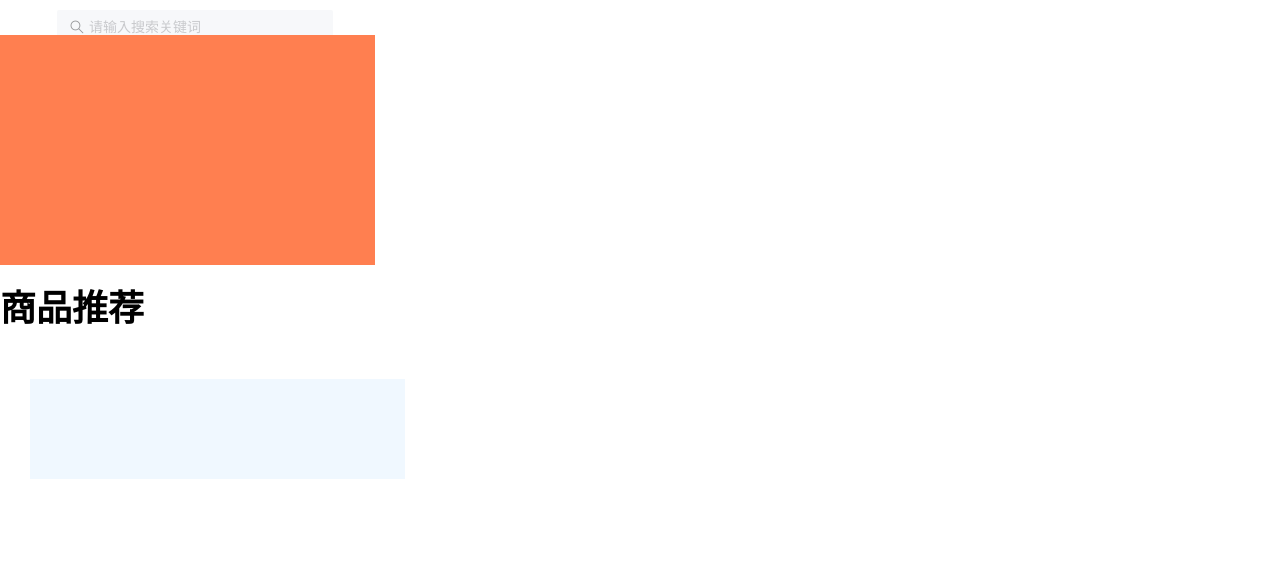
Repository: liyang777777/shangcheng
Page: /
These files come from the project's save history. The page is drawn as it stood at one moment and after the next save; the edit follows.
The browser window is 1280 px wide. The pictures show the whole page.
The page's requests for data from a server got no answer. The project was rebuilt for these pictures with package versions that can differ from the ones it lists, and the page was loaded fresh each time. No one was signed in, and anything a server would have sent is missing. Also part of the build but not shown: vue.config.js. Imported but missing from the stored project, and not drawn on this page: src/views/About.

Above is the page before, as saved 2020-06-23 14:45:09.

After the next save:
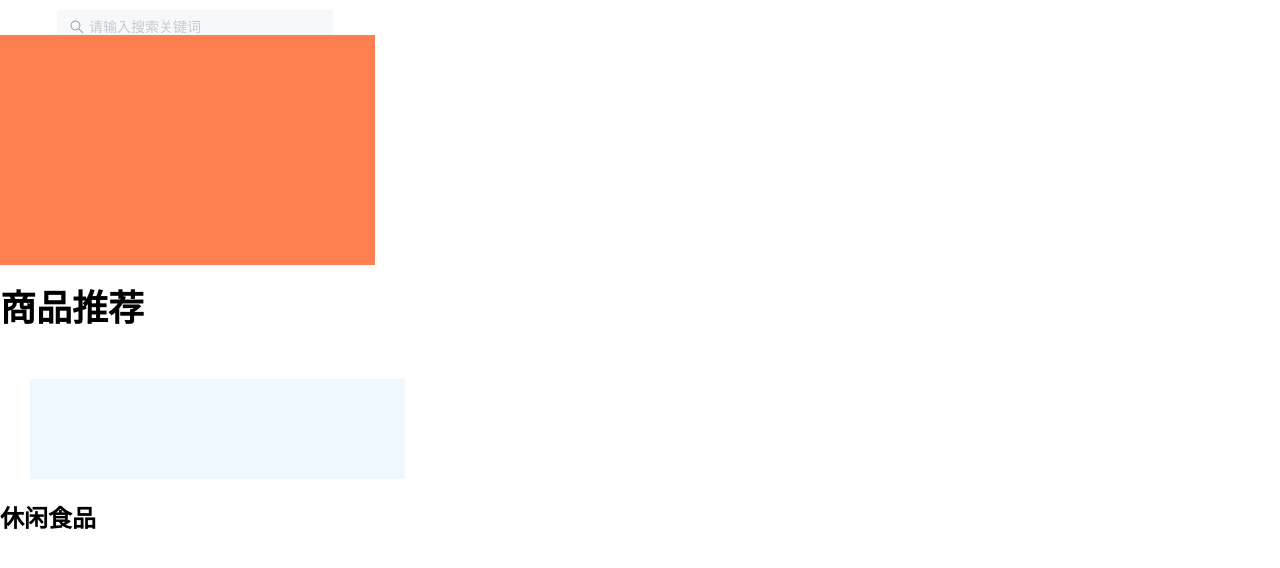
Saved 3 min 1 s later.
--- a/src/components/Prre.vue
+++ b/src/components/Prre.vue
@@ -1,6 +1,6 @@
 <template>
-  <!-- 商品推荐 -->
   <div>
+    <!-- 商品推荐 -->
     <div class="box">
       <h1>商品推荐</h1>
     </div>
@@ -17,6 +17,10 @@
           <van-tag plain type="danger">查看详情</van-tag>
         </div>
       </div>
+    </div>
+    <!-- 休闲食品 -->
+    <div>
+      <h2>休闲食品</h2>
     </div>
   </div>
 </template>
@@ -45,7 +49,6 @@ export default {
   width: 200px;
   height: 100px;
   font-size: 18px;
-
 }
 .box1 {
   width: 375px;
